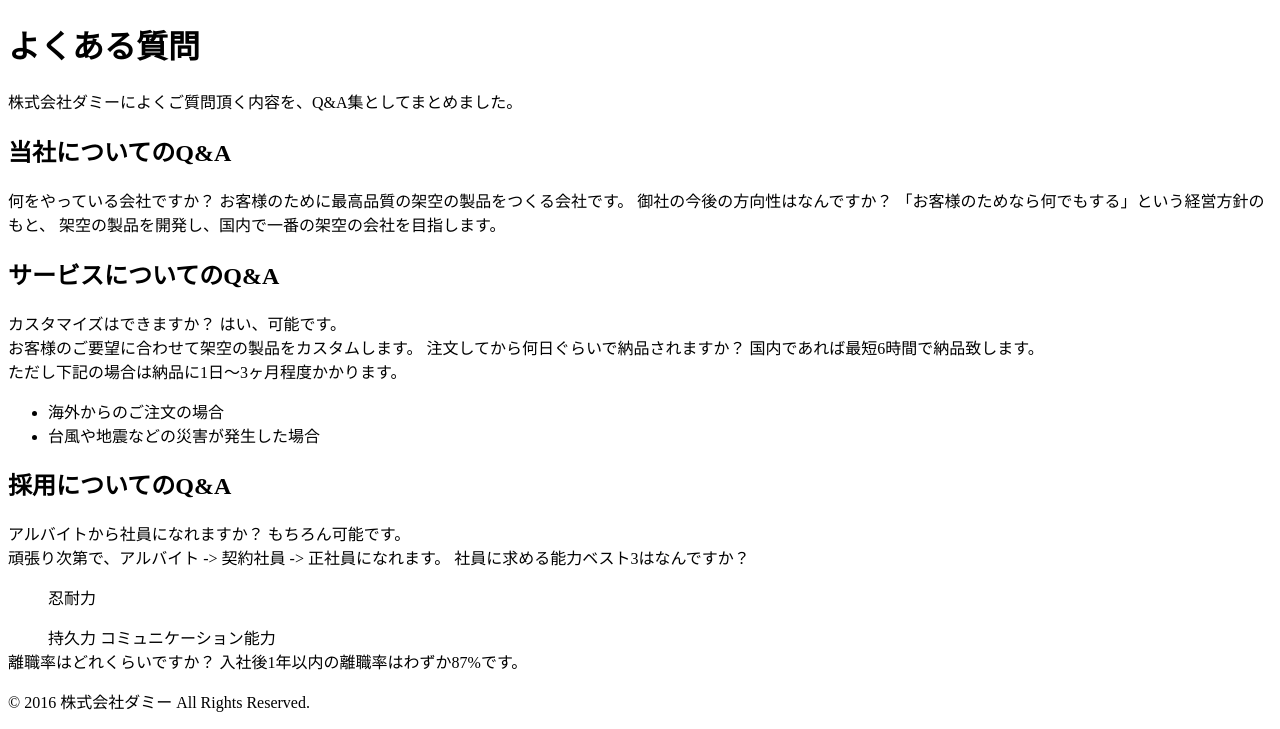
Repository: winc1980/practice-hp2022-wednesday
Page: ruka/practice1.html
An editor plug-in stored every save of this project. The page is shown before and after a run of saves, followed by the edit.
The browser window is 1280 px wide. The pictures show the whole page.

Above is the page before, as saved 2022-05-26 00:12:40.

After the next 3 saves:
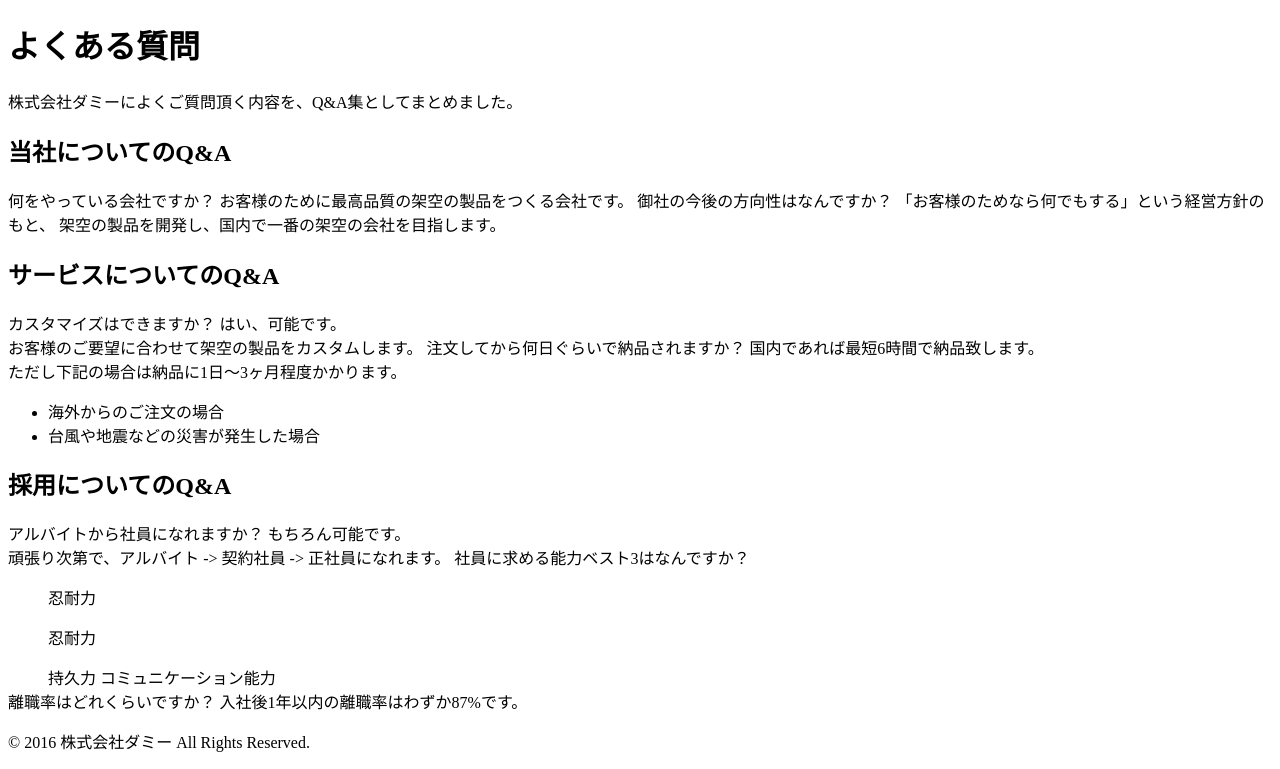
The 3 saves are shown as one change because they came seconds apart.
The last was saved 9 s later.
--- a/ruka/practice1.html
+++ b/ruka/practice1.html
@@ -55,7 +55,7 @@
 社員に求める能力ベスト3はなんですか？
 <dd>
 <dl>忍耐力</dl>
-
+<dl>忍耐力</dl>
 持久力
 コミュニケーション能力
 </dd>
